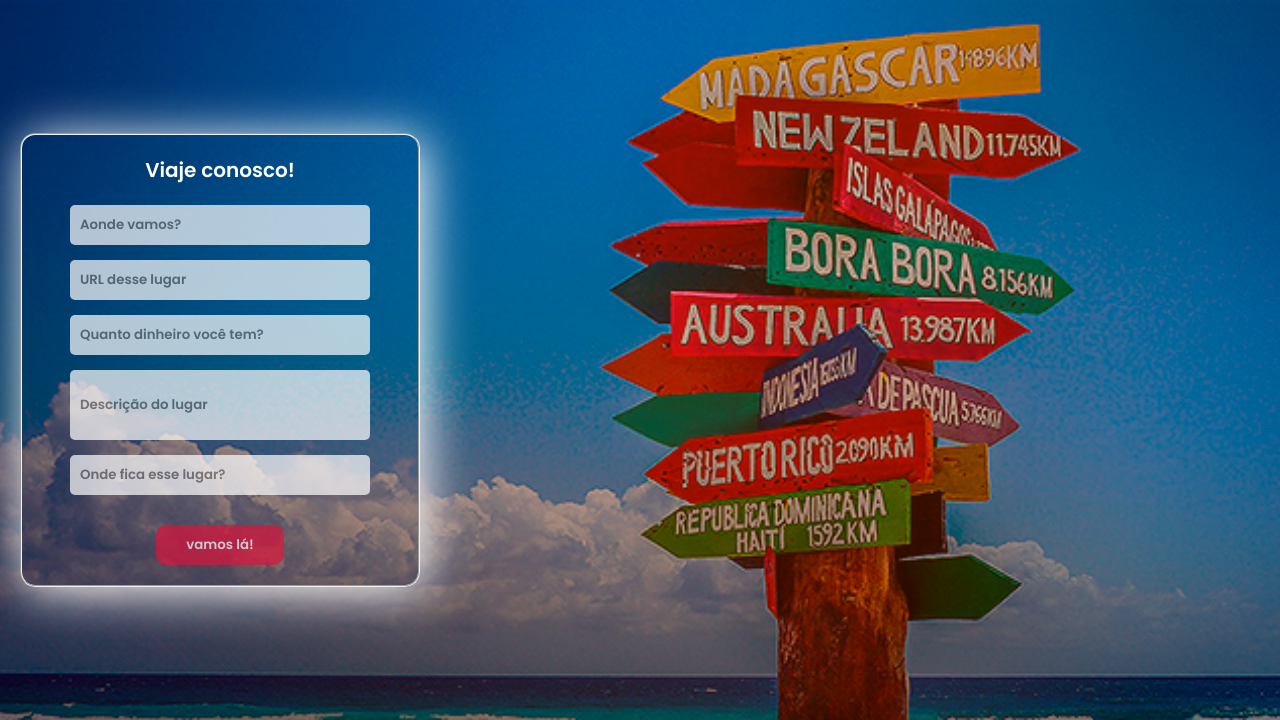
Repository: AngelTJVzla/cards
Page: index.html
These files come from the project's save history. The page is drawn as it stood at one moment and after the next save; the edit follows.
The browser window is 1280 px wide. The pictures show the whole page.

Above is the page before, as saved 2022-08-29 20:32:35.

After the next save:
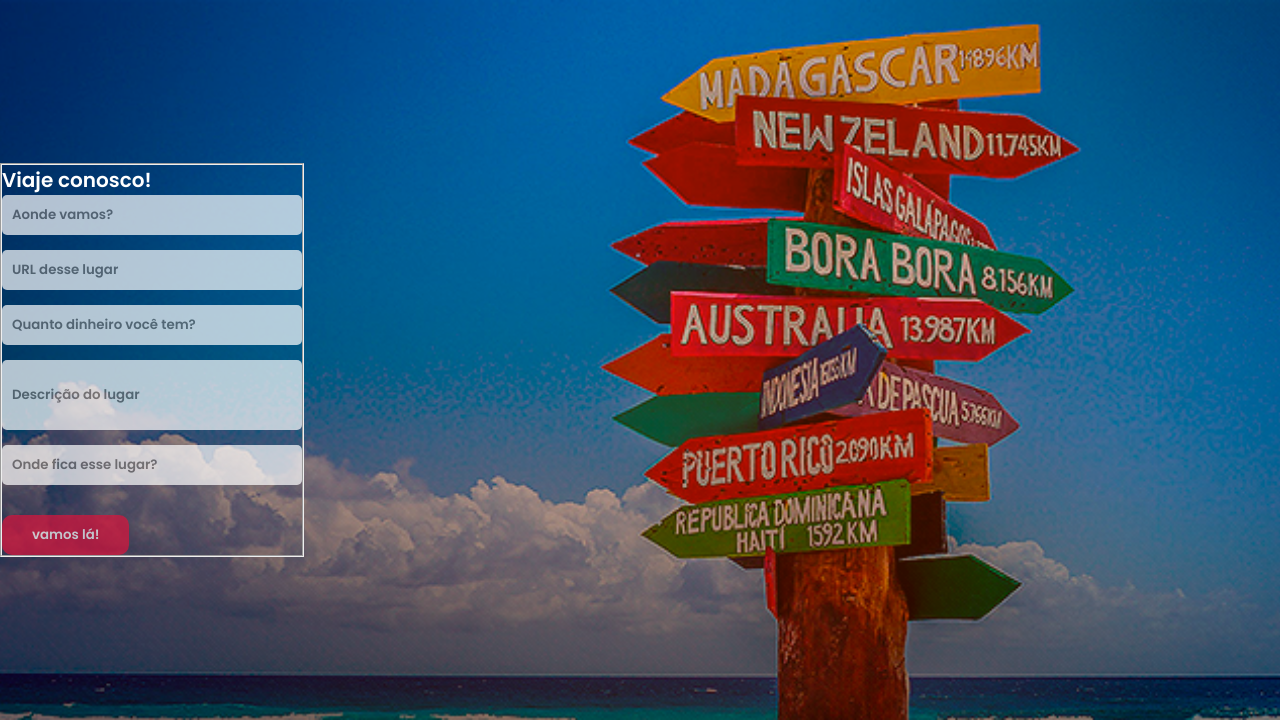
Saved 2 h 3 min later.
--- a/style.css
+++ b/style.css
@@ -32,7 +32,7 @@
     align-items: center;
 }
 
-.form__fieldset {
+/* .form__fieldset {
     min-width: 400px;
     display: flex;
     flex-direction: column;
@@ -44,7 +44,7 @@
     box-shadow: 5px 5px 50px #fff;
     border-radius: 15px;
     overflow: hidden;
-}
+} */
 
 .form__fieldset span {
     text-align: center;
